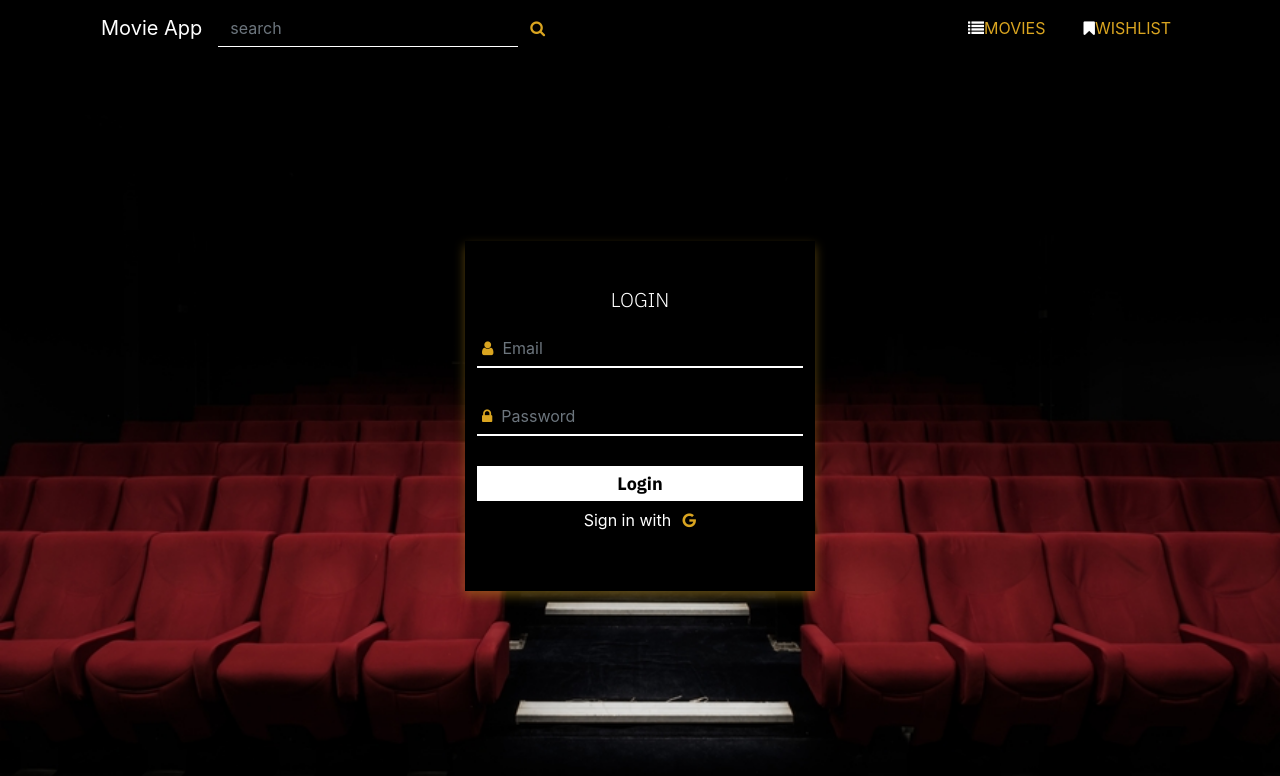
Repository: latenightsnacc/movie-db-app
Page: login.html
An editor plug-in stored every save of this project. The page is shown before and after the next save, followed by the edit.
The browser window is 1280 px wide. The pictures show the whole page.
The style sheet was rebuilt from its Sass, Less or Tailwind sources for each picture, by a compiler version that may differ from the author's.

Above is the page before, as saved 2020-06-17 10:50:27.
Console error (its wording comes from the project's code and is left out).

### login.html
<!DOCTYPE html>
<html lang="en">
<head>
    <meta charset="UTF-8">
    <meta name="viewport" content="width=device-width, initial-scale=1.0">
    <!--Bootstrap-->
    <link rel="stylesheet" href="bootstrap-4.4.1-dist/bootstrap-4.4.1-dist/css/bootstrap.min.css">
    <!--Font Awesome-->
    <link rel="stylesheet" href="https://stackpath.bootstrapcdn.com/font-awesome/4.7.0/css/font-awesome.min.css">
    <!--UI kit-->
    <link rel="stylesheet" href="uikit-3.4.6/css/uikit.min.css">
    <!--Custom css-->
    <link rel="stylesheet" href="Stylesheet/stylesheet.css">
    <title>Movie App</title>
</head>
<body>
    <!--Header-->
    <header class="header">
        <div class="container">
            <nav class="navbar navbar-expand-lg navbar-dark bg-dark">
                <!--Logo-->
                <a class="navbar-brand" href="#">Movie App</a>
                <!--Search Bar-->
                <div class="input-group">
                    <input type="text" class="form-control" id="inlineFormInputGroupUsername" placeholder="search">
                    <div class="input-group-prepend">
                      <div class="input-group-text">
                          <i class="fa fa-search"></i>
                      </div>
                    </div>
                </div>
                <button class="navbar-toggler" type="button" data-toggle="collapse" data-target="#navbarNavAltMarkup" aria-controls="navbarNavAltMarkup" aria-expanded="false" aria-label="Toggle navigation">
                  <span class="navbar-toggler-icon"></span>
                </button>
                <div class="collapse navbar-collapse" id="navbarNavAltMarkup">
                  <div class="navbar-nav">
                    <a class="nav-item nav-link" href="#">
                        <span>
                            <i class="fa fa-list"></i>
                        </span>
                        Movies
                    </a>
                    <a class="nav-item nav-link" href="#">
                        <span>
                            <i class="fa fa-bookmark"></i>
                        </span>
                        Wishlist
                    </a>
                  </div>
                </div>
            </nav>
        </div>

    </header>
    <!--Main Body-->
    <main>
        <div class="container">
            <div class="form mx-auto my-auto">
                <form method="" action="">
                    <div class="form-title" id="form-title">Login</div>
                    <div class="form-row">
                        <div class="input-group">
                            <div class="input-group-prepend">
                                <div class="input-group-text">
                                    <i class="fa fa-user"></i>
                                </div>
                            </div>
                            <input type="text" class="form-control" id="inlineFormInputGroupUsername" placeholder="Email">
                        </div>
                    </div>
                    <div class="form-row">
                        <div class="input-group">
                            <div class="input-group-prepend">
                                <div class="input-group-text">
                                    <i class="fa fa-lock"></i>
                                </div>
                            </div>
                            <input type="text" class="form-control" id="inlineFormInputGroupUsername" placeholder="Password">
                        </div>
                    </div>
                    <div class="form-row login">
                        <input type="submit" value="Login" />
                        <div class="login-icons">Sign in with <a href="#"><i class="fa fa-google"></i></a></div>
                    </div>
                </form>
            </div>
        </div>
    </main>
    <!--Scripts-->
    <script src="bootstrap-4.4.1-dist/bootstrap-4.4.1-dist/js/bootstrap.min.js"></script>
    <script src="uikit-3.4.6/js/uikit.min.js"></script>
</body>
</html>

### Stylesheet/stylesheet.scss
@import 'variables';
@import 'animations';
@import 'header';
@import 'hero';
@import 'menu';
@import 'cards';
@import 'footer';
@import 'login';

*{
    margin: 0;
    padding: 0;
    list-style: none;
    text-decoration: none;
    outline: none;
}

body{
    background-image: $bg-Img;
    overflow-x: hidden;
    min-height: 100vh;
    background-size: cover;
    background-repeat: no-repeat;
    background-position: center;
}

.main {
    width: 100vw;
}
.row {
    margin: 20px 0px;
}

### Stylesheet/_variables.scss
@import url('https://fonts.googleapis.com/css2?family=IBM+Plex+Sans:wght@300;700&display=swap');

$font: 'IBM Plex Sans', sans-serif;
$bg-Img: url("/bg.jpg");
$transparent-bg: rgba(black, 0.5);
$dark: black;
$light: #fff;
$golden: #DAA520;
$box-shadow: 0 5px 10px rgba($golden,0.4);
// $box-shadow: 0 5px 15px rgba(#DAA520, 0.08);
$btn-shadow: 2px 20px 25px -15px rgba(0, 0, 0, 0.54);

### Stylesheet/_animations.scss
@keyframes animateOpacity {
    0% {
      opacity: 0;
    }
    100% {
      opacity: 1;
    }
  }

  @keyframes animateScale {
    0% {
      transform: scale(1.1);
    }
    100% {
      transform: scale(1);
    }
  }


  @keyframes pulse {
    from {
      transform: scale3d(1, 1, 1);
    }

    50% {
      transform: scale3d(1.05, 1.05, 1.05);
    }

    to {
      transform: scale3d(1, 1, 1);
    }
  }


  @-webkit-keyframes fadeIn {
    from {
      opacity: 0;
    }

    to {
      opacity: 1;
    }
  }

  @keyframes fadeIn {
    from {
      opacity: 0;
    }

    to {
      opacity: 1;
    }
  }

  .fadeIn {
    -webkit-animation-name: fadeIn;
    animation-name: fadeIn;
  }

  .animated {
    -webkit-animation-duration: 1s;
    animation-duration: 1s;
    -webkit-animation-fill-mode: both;
    animation-fill-mode: both;
  }

### Stylesheet/header.scss
@import 'variables';

.header {
    .navbar, .navbar-dark {
        width: 100%;
        background-color: $dark !important;
    }
    .form-control {
        max-width: 300px;
        outline: none;
        border: none;
        border-bottom: 1px solid $light;
        background-color: $dark;
        border-radius: 0px !important;

        &:focus{
            outline: none !important;
        }
    }
    .input-group-prepend, .input-group-text{
        background-color: $dark !important;
        color: $golden !important;
        border: none !important;
        border-bottom: 1px solid $light;
    }
    a.nav-link {
        display: flex;
        align-items: center;
        margin-left: 12px;
        color: $golden !important;
        text-transform: uppercase;
        span {

            color: $light;
            .fa {
                padding-left: 10px;
            }
        }
    }
    a.nav-btn {
        border: 1px solid $light;
        color: $dark !important;
        font-weight: 500;
        display: flex;
        justify-content: center;
        align-items: center;
        padding: 5px;
        width: 80px;
        height: 40px;
        border-radius: 20px;
        background-color: $light;
    }
}

### Stylesheet/hero.scss
@import 'variables';

.hero-slide {
    position: relative;

    .dark-img {
        background-image: url("/images/bright.jpg");
        background-repeat: no-repeat;
        background-size: cover;
        height: 100%;
        width: 100%;
    }

    img {
        background-image: linear-gradient(rgba(0,0,0, 0.5));
    }
    .movie-features {
        position: absolute;
        top: 40%;
        left: 10%;

        .title {
            color: $light;
            font-weight: 700;
            font-family: $font;
            font-size: 80px;
            line-height: 100px;
        }
        dd {
            color: $light;
            line-height: 20px;
            font-family: $font;
            font-weight: 300;
        }
        .stars {
            *{
                color: $golden;
                font-size: 50px;
                line-height: 60px;
                box-shadow: $box-shadow;
            }
        }
    }

}

### Stylesheet/menu.scss
@import 'variables';

.filterMenu {
    background-color: $transparent-bg;

    .menuList {
        display: flex;
        width: 100%;
        justify-content: space-around;
        padding: 20px 0px;

        li {
            a {
                color: $light;
                font-family: $font;
                font-size: 20px;
                border: 1px solid $light;
                padding: 10px;
                border-radius: 3px;

                &:hover {
                    text-decoration: none;
                }

                &.active{
                    color: $golden;
                    border: 1px solid $golden;
                    font-weight: 500;
                }
            }

        }

    }

}

### Stylesheet/cards.scss
@import 'variables';

.card {
    background-color: $dark;
    box-shadow: $box-shadow;
    border: 1px solid $transparent-bg;
    height: auto;
    border-radius: 0px;
    width: 200px;

    .card-img{
        height: 300px;
        width: 200px;

        img{
            height: 100%;
            width: 100%;
        }
    }


    .card-content {
        // display: flex;
        // justify-content: space-between;
        width: 100%;
        // padding-top: 10px;



        .movie-content{
            position: relative;
            padding-left: 10px;
            .wishlist-btn {
                top: 10px;
                right: 10px;
                position: absolute;
                height: 40px;
                width: 40px;
                display: flex;
                justify-content: center;
                align-items: center;
                border-radius: 50%;
                padding: 5px;
                border: 1px solid $golden;
                .fa {
                    color: $light;
                }
            }
            .movie-title{
                padding-top: 15px;
                color: $light;
            }
            p{
                color: $light;
                font-size: 13px;

            }
        }

        span.card-rating {
            position: absolute;
            left: 7px;
            top: 7px;
            height: 40px;
            width: 40px;
            margin-right: 5px;
            display: flex;
            justify-content: center;
            align-items: center;
            border-radius: 50%;
            padding: 5px;
            border: 1px solid $golden;
            color: $golden;
            background-color: $dark;

        }
    }

    &:hover {
        transform: translateY();
    }
}

### Stylesheet/login.scss
@import 'variables';

.form {
    height: 100vh;
    display: flex;
    align-items: center;
    justify-content: center;

    form {
        padding: 10px;
        background-color: $dark;
        box-shadow: $box-shadow;
        border: 2px solid $dark;
        display: flex;
        flex-direction: column;
        justify-content: center;
        height: 350px;
        width: 350px;

        .form-title {
            font-size: 20px;
            font-family: $font;
            line-height: 30px;
            text-transform: uppercase;
            color: $light;
            text-align: center;
        }

        .form-row {
            margin: 15px 0px;

            .form-control, .input-group-text {
                background-color: $transparent-bg;
                border: 0;
                border-bottom: 2px solid $light;
                border-radius: 0;
                color: $light;
                padding: 2px 5px;

                &:focus-within {
                    border: 0;
                    outline: none;
                    outline-color: $transparent-bg !important;
                    border-radius: 0;
                }
            }
            .input-group-text {
                color: $golden;
            }

        }
        .login {
            display: flex;
            flex-direction: column;
            align-items: center;
            justify-content: center;

            input[type="submit"]{
                background-color: $light;
                color: $dark;
                width: 100%;
                border: 2px solid $light;
                font-weight: 700;
                font-family: $font;
                padding: 2px;
                font-size: 18px;
            }
            .login-icons {
                color: $light;
                padding-top: 7px;

                a{
                    .fa {
                        padding-left: 7px;
                        color: $golden;
                    }

                    &:hover {
                        text-decoration: none;
                        transform: scale(1.1);
                    }
                }

            }
        }
    }
}

Loaded but not shown: bootstrap-4.4.1-dist/bootstrap-4.4.1-dist/css/bootstrap.min.css (library); uikit-3.4.6/css/uikit.min.css (library); bootstrap-4.4.1-dist/bootstrap-4.4.1-dist/js/bootstrap.min.js (library); uikit-3.4.6/js/uikit.min.js (library); Stylesheet/footer.scss (common file)

After the next save:
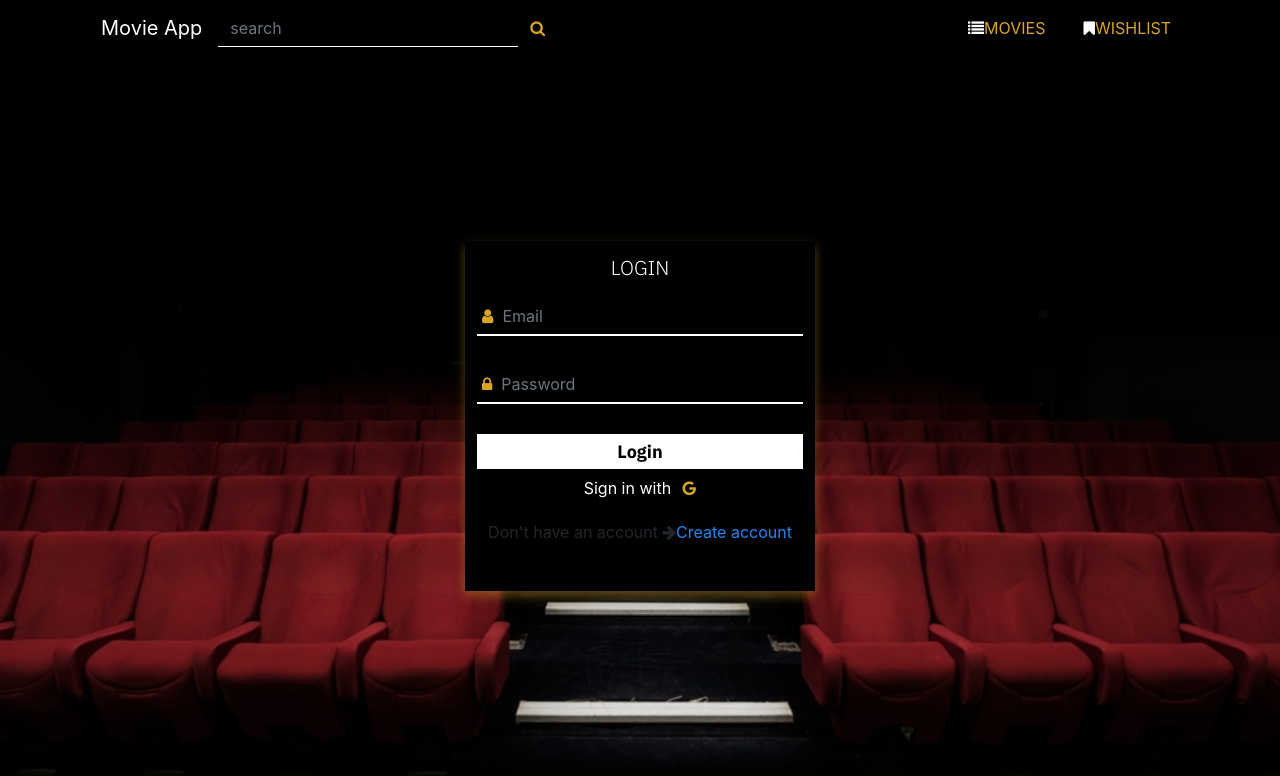
Saved 41 s later.
--- a/login.html
+++ b/login.html
@@ -81,6 +81,7 @@
                     <div class="form-row login">
                         <input type="submit" value="Login" />
                         <div class="login-icons">Sign in with <a href="#"><i class="fa fa-google"></i></a></div>
+                        <p>Don't have an account <i class="fa fa-arrow-right"></i><a href="#">Create account</a></p>
                     </div>
                 </form>
             </div>
